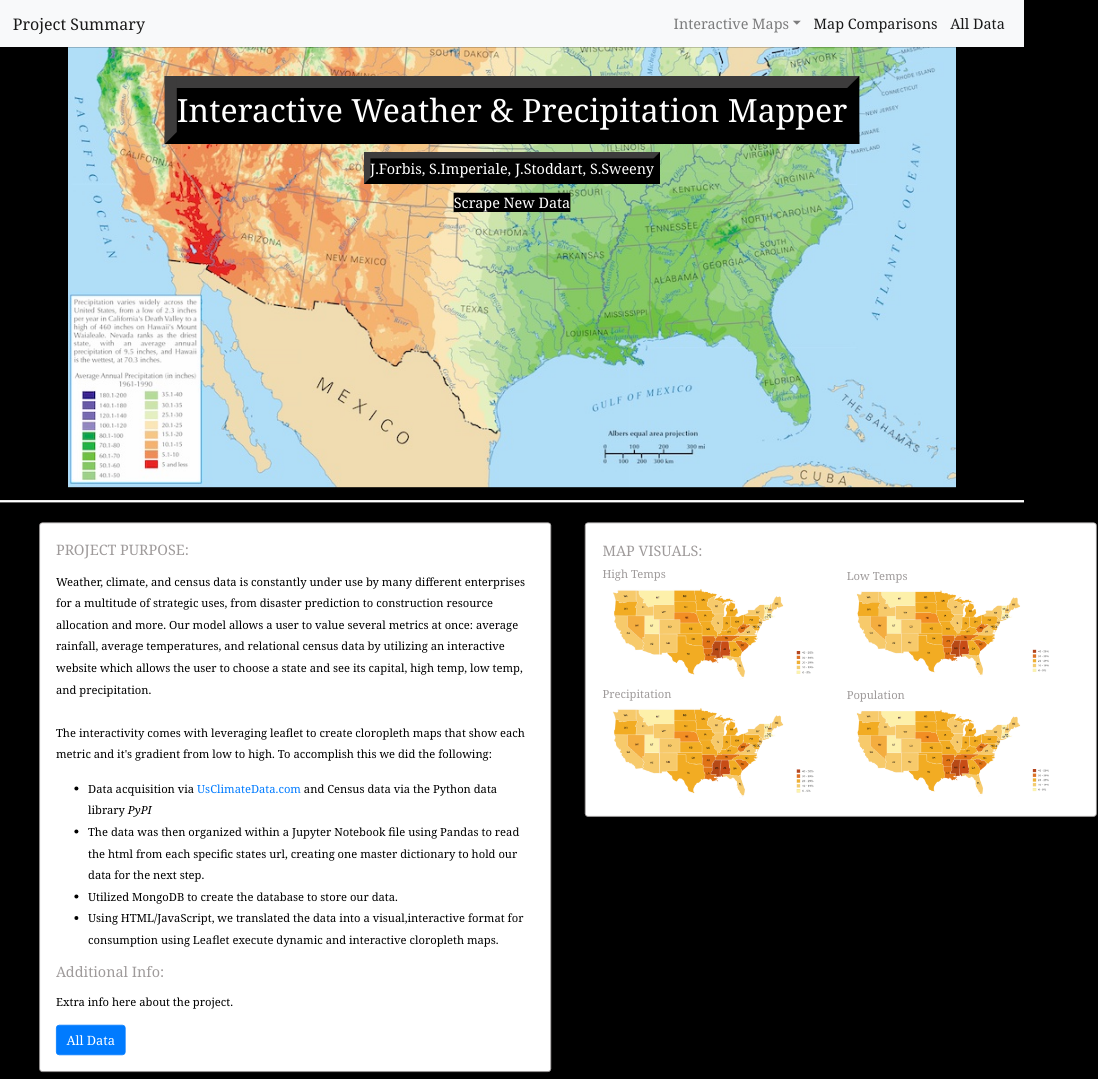
Repository: jforbis/project3-weathermap
Page: index.html
An editor plug-in stored every save of this project. The page is shown before and after the next save, followed by the edit.
The browser window is 1280 px wide. The page is 1372 px wide, so the pictures cover 1372 px, including what lies to the right of the window. The pictures show the whole page, at 80% of full size.
Backgrounds fixed to the window are drawn as part of the page.

Above is the page before, as saved 2021-03-09 23:24:07.

### index.html
<!DOCTYPE html>
<html lang="en">

<head>
<meta charset="UTF-8">
<title>Interactive Weather & Precipitation Mapper</title>
<!--Bootstrap style sheet-->
<link rel="stylesheet" href="https://stackpath.bootstrapcdn.com/bootstrap/4.3.1/css/bootstrap.min.css" integrity="sha384-ggOyR0iXCbMQv3Xipma34MD+dH/1fQ784/j6cY/iJTQUOhcWr7x9JvoRxT2MZw1T" crossorigin="anonymous">
<!--link to style sheet-->
<link rel="stylesheet" type="text/css" href="static/css/style.css">
</head>

<!--Top Nav Bar-->
<nav class="navbar-expand-lg navbar-light bg-light nav-color navbar nav">
    <a class="navbar-brand" href="index.html">Project Summary</a>
    <button class="navbar-toggler" type="button" data-bs-toggle="collapse" data-bs-target="#navbarSupportedContent"
        aria-controls="navbarSupportedContent" aria-expanded="false" aria-label="Toggle navigation">
        <span class="navbar-toggler-icon"></span>
    </button>
    <div class="collapse navbar-collapse justify-content-end" id="navbarSupportedContent">
        <div class="nav navbar-nav navbar-right">
            <ul class="navbar-nav me-auto mb-2 mb-lg-0">
                <li class="nav-item dropdown">
                    <a class="nav-link dropdown-toggle" href="#" id="navbarDropdown" role="button"
                        data-bs-toggle="dropdown" aria-expanded="false">Interactive Maps</a>
                    <ul class="dropdown-menu" aria-labelledby="navbarDropdown">
                        <a class="dropdown-item" href="Route#1">High Temps</a>
                        <a class="dropdown-item" href="Route#2">Low Temps</a>
                        <a class="dropdown-item" href="Route#3">Precipitation</a>
                        <a class="dropdown-item" href="Route#4">Population</a>
                    </ul>
                </li>
                <li class="nav-item active">
                    <a class="nav-link" href="comparisons.html">Map Comparisons</a>
                </li>
                <li class="nav-item active">
                    <a class="nav-link" href="data.html">All Data</a>
                </li>
            </ul>
        </div>
    </div>
</nav>
<!-- First div is a container for the title and scraper button -->
<div class="container">
    <div class="hero text-center">
        <h1><span class="title">Interactive Weather & Precipitation Mapper</span></h1>
        <p><span class="title2">J.Forbis, S.Imperiale, J.Stoddart, S.Sweeny</span></p>
        <p><a class="button" href="/scrape" role="button">Scrape New Data</a></p>
    </div>
</div>
<body>
    <hr>
    <div class="d-flex p-2">
        <table>
            <tr>
                <td style="vertical-align:top">
                    <div class="card" style="width: 40rem;">
                        <!-- Update Image Here If We Even Want One -->
                        <div class="card-body">
                        <div class="card-title">PROJECT PURPOSE:</div>
                        <p class="card-text">
                            Weather, climate, and census data is constantly under use by many different enterprises
                            for a multitude of strategic uses, from disaster prediction to construction
                            resource allocation and more. Our model allows a user to value several metrics
                            at once: average rainfall, average temperatures, and relational census data by
                            utilizing an interactive website which allows the user to choose a state and see
                            its capital, high temp, low temp, and precipitation. </br></br>
                            The interactivity comes with leveraging leaflet to create cloropleth maps that
                            show each metric and it's gradient from low to high. To accomplish this we did
                            the following:</br>
                            <ul>
                                <li class="card-text">
                                    Data acquisition via <a href="https://www.usclimatedata.com/">UsClimateData.com</a>
                                    and Census data via the Python data library <i>PyPI</i>
                                <li class="card-text">
                                    The data was then organized within a Jupyter Notebook file using Pandas to
                                    read the html from each specific states url, creating one master dictionary
                                    to hold our data for the next step.
                                <li class="card-text">
                                    Utilized MongoDB to create the database to store our data.
                                <li class="card-text">
                                    Using HTML/JavaScript, we translated the data into a visual,interactive format
                                    for consumption using Leaflet execute dynamic and interactive cloropleth maps.
                            </ul>
                        <h5 class="card-title">Additional Info:</h5>
                        <p class="card-text">
                            Extra info here about the project.
                        </p>
                        <!--Todo: add url to data page-->
                        <a href="data.html" class="btn btn-primary">All Data</a>
                        </div>
                    </div>
                </td>
                <td style="vertical-align:top">
                    <div class="card" style="width: 40rem;">
                            <div class="card-body">
                                <table>
                                    <tr>
                                        <!--Todo: add images of each map and specify their specific routes so they are clickable-->
                                    <td class="card-title" colspan=2>MAP VISUALS:</td>
                                    </tr>
                                    <tr>
                                        <td>High Temps
                                            <a href="visualizations/maxtemp.html">
                                                <img src="images/choropleth-example.png" class="card-img-top" alt="...">
                                            </a>
                                        </td>
                                        <td>Low Temps
                                            <a href="visualizations/humidity.html">
                                                <img src="images/choropleth-example.png" class="card-img-top" alt="...">
                                            </a>
                                        </td>
                                    </tr>
                                    <tr>
                                        <td>Precipitation
                                            <a href="visualizations/cloudiness.html">
                                                <img src="images/choropleth-example.png" class="card-img-top" alt="...">
                                        </a>
                                        </td>
                                        <td>Population
                                            <a href="visualizations/windspeed.html">
                                                <img src="images/choropleth-example.png" class="card-img-top" alt="...">
                                            </a>
                                        </td>
                                    </tr>
                                </table>
                            </div>
                    </div>
                </td>
            </tr>
        </table>
    </div>
</body>

### static/css/style.css
/* Styling for HTML elements */
body {
    padding: 0;
    margin: 0;
    font-family: Georgia, "Times New Roman", Times, serif;
    font-size: 18px;
    line-height: 150%;
    color: rgb(0, 0, 0);
    background: #000000;
}

.button {
    background-color: black;
    color: white
}
.title {
    background-color: black;
    color: white;
    width: 300px;
    border: 15px #3d3c3c;
    border-style: outset
}

.title2 {
    background-color: black;
    color: white;
    width: 300px;
    border: 8px #3d3c3c;
    border-style: outset
}

.dropdown {
    position: relative;
    display: inline-block;
}

.dropdown-menu {
    display: none;
    position: absolute;
    background-color: #f9f9f9;
    min-width: 160px;
    box-shadow: 0px 8px 16px 0px rgba(0,0,0,0.2);
    padding: 12px 16px;
    z-index: 1;
}

.dropdown:hover .dropdown-menu {
    display: block;
}

h1 {
    padding: 25px;
    margin: 10px;
    color: black
}

h3 {
    margin-left: 35px;
    color: white;
    font-size: 16px
}

hr {
    height: 2px;
    background-color: white
}

.card {
    color: #9f9b9b;
    font-size: 14px;
    margin-left: 40px;
    margin-top: top;
    border-color: #9f9b9b;
    vertical-align: text-top
}

.card-text {
    color: black
}
.second_card {
    color: #9f9b9b;
    background-color: white;
    margin-top: -140px;
    margin-left: 40px
}

.card-img-top {
    width: 90%;
    height: auto;
}

.card-title {
    font-size: 18px
}

.top_row {
    position: sticky;
    top: 0;
    background-color: #353A3F;
}

.navbar-expand-lg {
    position: sticky;
    top: 0;
    z-index: 1071;
}

.hero {
    position: relative;
    height: 550px;
    padding: 20px;
    margin: 0;
    background: black;
    background-image: url("../../images/intro_image2.jpg");
    background-attachment: fixed;
    background-position: bottom center;
    background-size: cover;
}

p {
    color: white
}

After the next save:
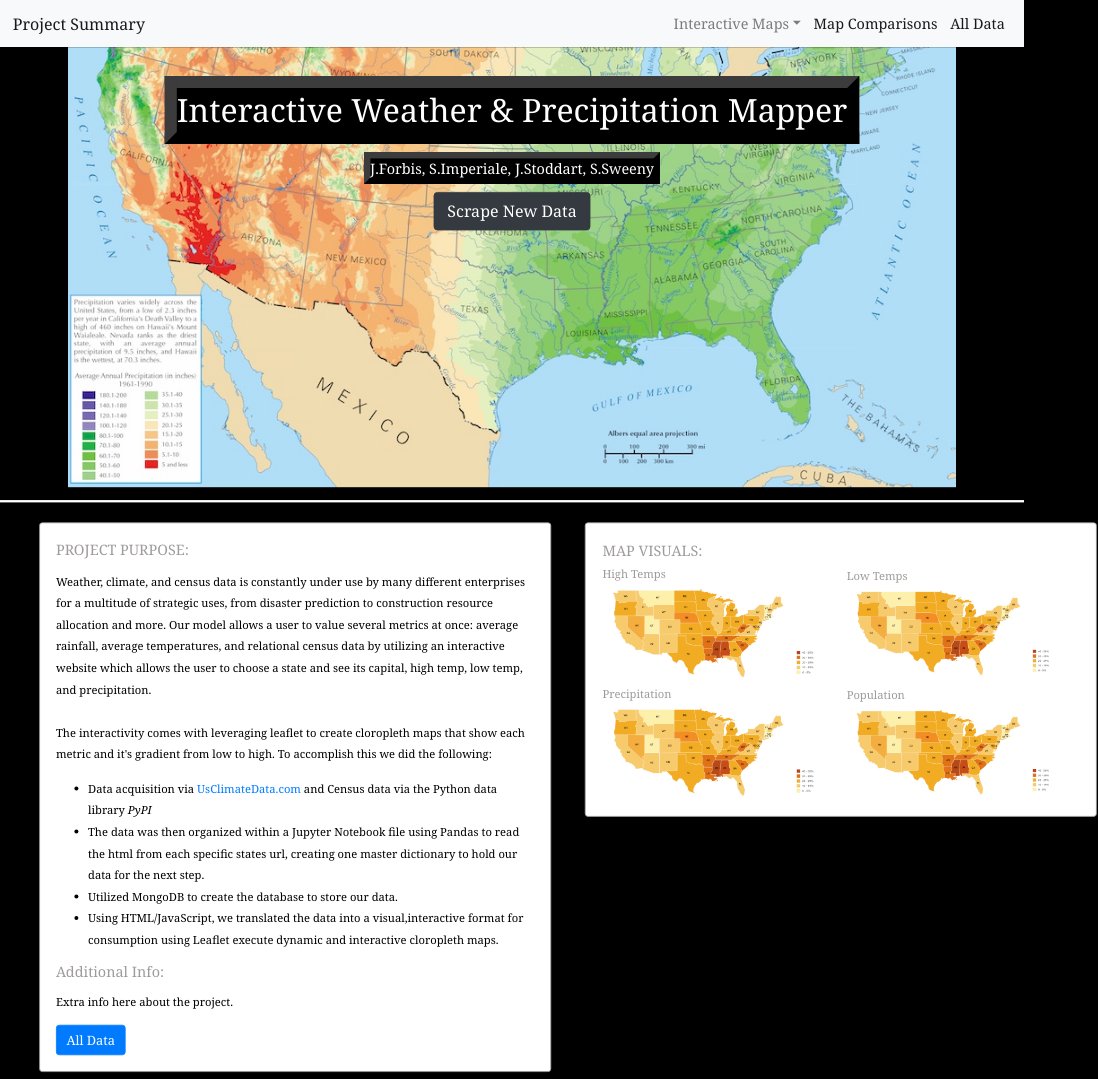
Saved 3 min 26 s later.
--- a/index.html
+++ b/index.html
@@ -45,7 +45,7 @@
     <div class="hero text-center">
         <h1><span class="title">Interactive Weather & Precipitation Mapper</span></h1>
         <p><span class="title2">J.Forbis, S.Imperiale, J.Stoddart, S.Sweeny</span></p>
-        <p><a class="button" href="/scrape" role="button">Scrape New Data</a></p>
+        <p><a class="btn btn-dark btn-lg" href="/scrape" role="button">Scrape New Data</a></p>
     </div>
 </div>
 <body>
